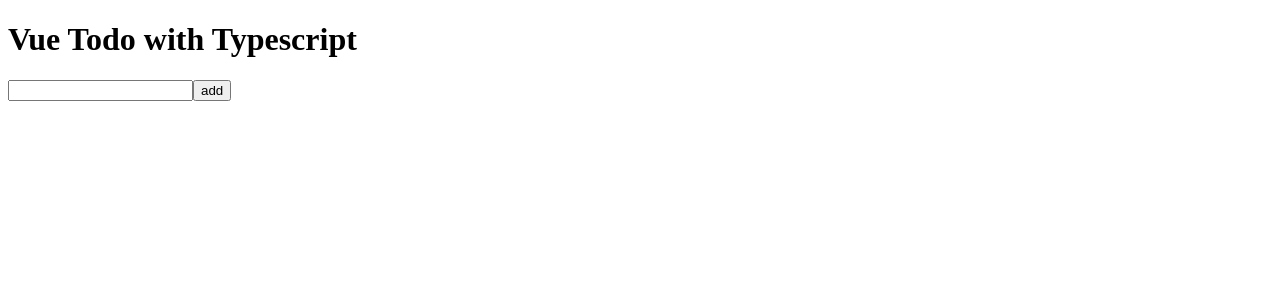
Repository: YangSeungWook/vue3-ts
Page: / (app in vue-todo/)
The author's editor kept a copy of each file at every save. The page is drawn from the files as they stood at one save, then again after a run of saves.
The browser window is 1280 px wide. The pictures show the whole page.
The project was rebuilt for these pictures with package versions that can differ from the ones it lists, and the page was loaded fresh each time.

Above is the page before, as saved 2021-05-02 09:48:02.

After the next 2 saves:
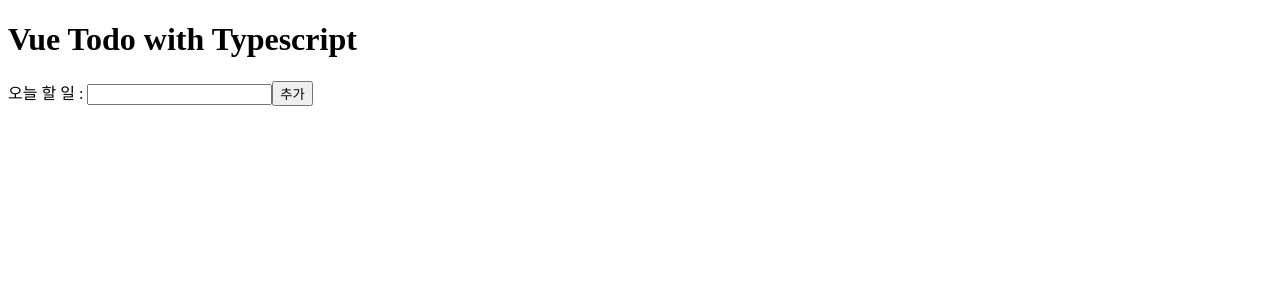
The 2 saves are shown as one change because they came seconds apart.
The last was saved 13 s later.
--- a/vue-todo/src/components/TodoInput.vue
+++ b/vue-todo/src/components/TodoInput.vue
@@ -1,8 +1,8 @@
 <template>
   <div>
-    <label for="todo-input"></label>
+    <label for="todo-input">오늘 할 일 : </label>
     <input id="todo-input" :value="item" @input="handelInput" type="text">
-    <button @click="addTodo" type="button">add</button>
+    <button @click="addTodo" type="button">추가</button>
   </div>
 </template>
 
@@ -15,7 +15,7 @@
       this.$emit("inputUp",event.target.value);
     },
     addTodo () {
-      console.log('add');
+      this.$emit('add');
     }
   }
 })
